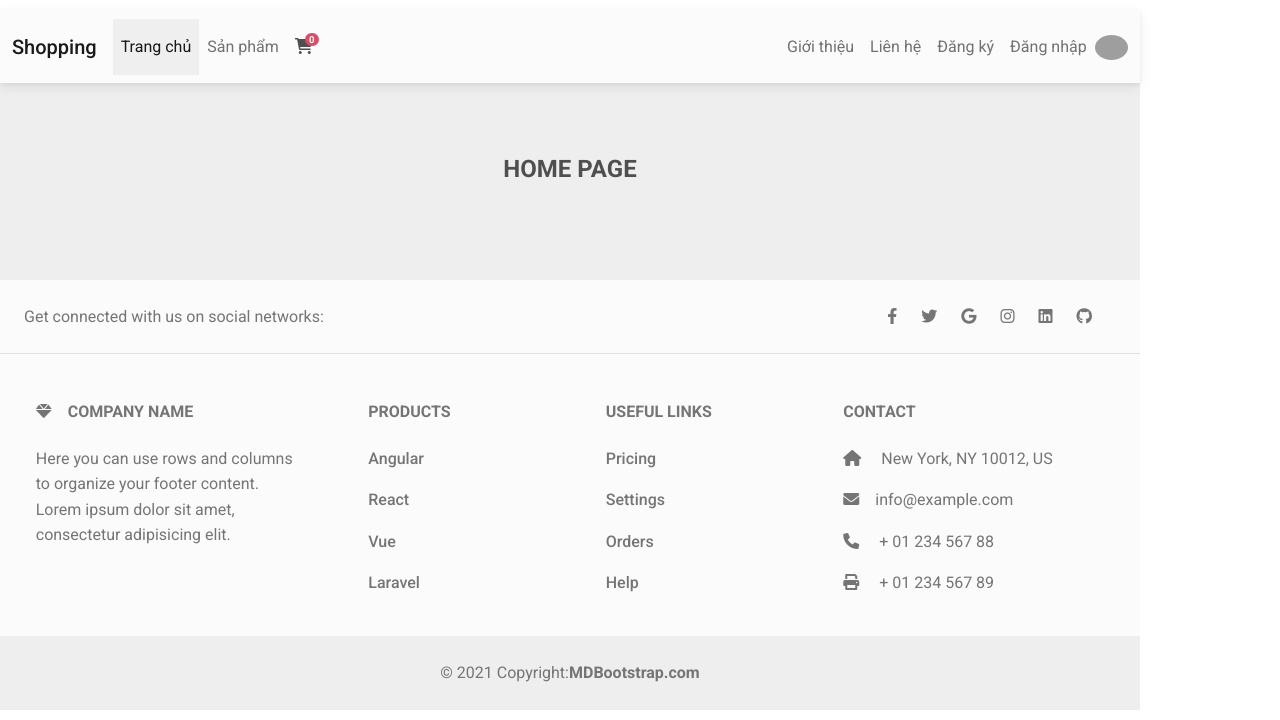
Repository: TinhTT336/MD02_Session10
Page: /
An editor plug-in stored every save of this project. The page is shown before and after the next save, followed by the edit.
The browser window is 1280 px wide. The pictures show the whole page.
Pictures or frames that could not be fetched are drawn as grey boxes. Some web libraries are served in a nearby version. The project was rebuilt for these pictures with package versions that can differ from the ones it lists, and the page was loaded fresh each time. Also part of the build but not shown: vite.config.js, src/common/formatMoney.js, src/actions/cartActions.js, src/pages/ListProduct.jsx, src/pages/Cart.jsx, src/components/base/backtop/backtop.css, src/components/base/backtop/BackToTop.jsx, src/pages/About.jsx and 4 more.

Above is the page before, as saved 2023-09-08 14:26:38.

After the next save:
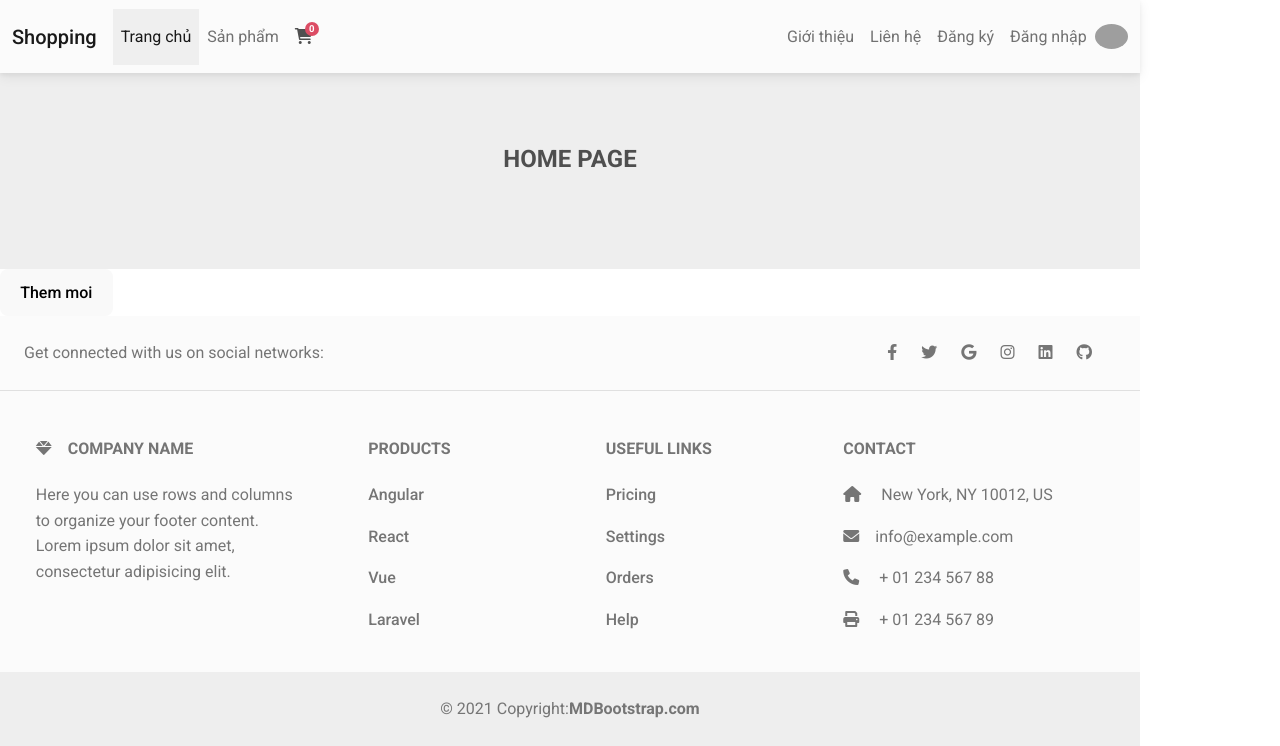
Saved 27 s later.
--- a/src/pages/Home.jsx
+++ b/src/pages/Home.jsx
@@ -1,6 +1,7 @@
 import React from 'react'
 import Navbar from '../layouts/Navbar'
 import Footer from '../layouts/Footer'
+import Button from '../components/base/button/Button'
 
 export default function Home() {
     return (
@@ -13,6 +14,7 @@ export default function Home() {
                     </h4>
                 </div>
             </section>
+            <Button />
             <Footer />
         </div>
     )
